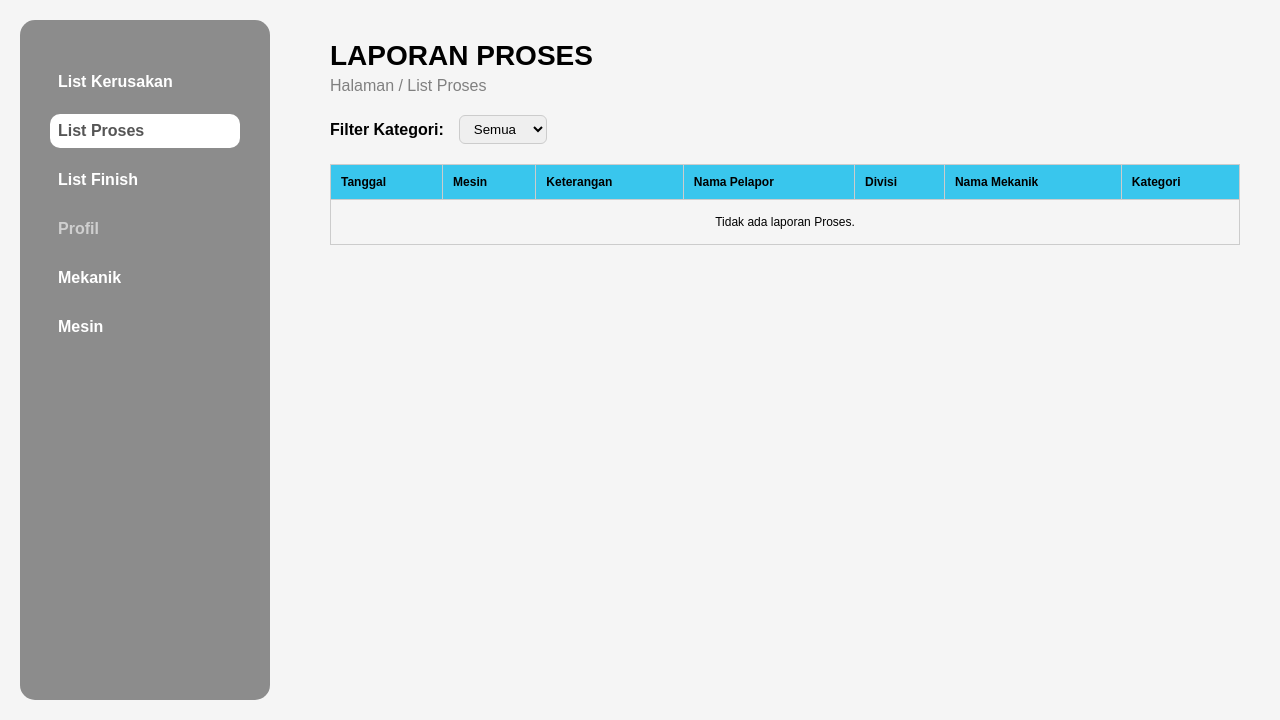
Repository: 1rHub/maintenance
Page: http://localhost/list_proses.php
An editor plug-in stored every save of this project. The page is shown before and after the next save, followed by the edit.
The browser window is 1280 px wide. The pictures show the whole page.
The page is run by PHP 8.4 with error messages shown; the project is at /var/www/html/. Queries for data that is not in the repository find no rows.

Above is the page before, as saved 2025-10-16 00:56:18.

### list_proses.php
<?php
session_start();
include "koneksi.php";
include "sidebar.php";

// Tombol “Selesai”
if ($_SERVER['REQUEST_METHOD'] === 'POST' && isset($_POST['selesai_laporan'])) {
    $id_laporan = $_POST['id_laporan'];
    $pesan_mekanik = $_POST['pesan_mekanik'];

    $sql = "UPDATE laporan SET status='finish', pesan_mekanik=? WHERE id=?";
    $stmt = $conn->prepare($sql);
    $stmt->bind_param("si", $pesan_mekanik, $id_laporan);
    if ($stmt->execute()) {
        header("Location: list_proses.php?selesai=1");
        exit;
    }
}

// Tombol “Batal Proses”
if ($_SERVER['REQUEST_METHOD'] === 'POST' && isset($_POST['batal_proses'])) {
    $id_laporan = $_POST['id_laporan'];
    $sql = "UPDATE laporan SET status='kerusakan', mekanik_id=NULL, pesan_mekanik=NULL WHERE id=?";
    $stmt = $conn->prepare($sql);
    $stmt->bind_param("i", $id_laporan);
    if ($stmt->execute()) {
        header("Location: list_proses.php?batal=1");
        exit;
    }
}

// Tombol “Ditunda”
if ($_SERVER['REQUEST_METHOD'] === 'POST' && isset($_POST['tunda_laporan'])) {
    $id_laporan = $_POST['id_laporan'];
    $pesan_mekanik = $_POST['pesan_mekanik'];

    // status menjadi 'ditunda', tapi nama mekanik tidak dihapus
    $sql = "UPDATE laporan SET status='ditunda', pesan_mekanik=? WHERE id=?";
    $stmt = $conn->prepare($sql);
    $stmt->bind_param("si", $pesan_mekanik, $id_laporan);
    if ($stmt->execute()) {
        header("Location: list_proses.php?tunda=1");
        exit;
    }
}
?>
<!DOCTYPE html>
<html lang="id">
<head>
    <meta charset="UTF-8">
    <title>List Proses</title>
    <link rel="stylesheet" href="assets/css/style.css">
</head>
<body>
    <div class="main-content">
        <h1>LAPORAN PROSES</h1>
        <p class="breadcrumb">Halaman / List Proses</p>

        <?php if (isset($_GET['selesai'])): ?>
            <p class="success" id="successMsg">✅ Laporan berhasil diselesaikan!</p>
        <?php endif; ?>
        <?php if (isset($_GET['batal'])): ?>
            <p class="warning" id="successMsg">⚠️ Laporan dikembalikan ke list kerusakan!</p>
        <?php endif; ?>
        <?php if (isset($_GET['tunda'])): ?>
            <p class="info" id="successMsg">🕓 Laporan ditunda dan dikembalikan ke list kerusakan.</p>
        <?php endif; ?>

        <div class="filter">
            <label for="filterKategori">Filter Kategori:</label>
            <select id="filterKategori" onchange="filterTable()">
                <option value="all">Semua</option>
                <option value="Biasa">Biasa</option>
                <option value="Sedang">Sedang</option>
                <option value="Urgent">Urgent</option>
            </select>
        </div>

        <table id="laporanTable">
            <thead>
    <tr>
        <th>Tanggal</th>
        <th>Mesin</th>
        <th>Keterangan</th>
        <th>Nama Pelapor</th>
        <th>Divisi</th>
        <th>Nama Mekanik</th>

        <th>Kategori</th>
    </tr>
</thead>
            <tbody>
                <?php
$result = mysqli_query($conn, "
    SELECT l.*, m.nama_mesin
    FROM laporan l
    LEFT JOIN mesin m ON l.mesin_id = m.id
    WHERE l.status = 'proses'
    ORDER BY l.tanggal DESC
");
if (mysqli_num_rows($result) > 0) {
    while ($row = mysqli_fetch_assoc($result)) {
        $kategoriClass = strtolower($row['kategori']);
        echo "<tr data-kategori='{$row['kategori']}'>
            <td>{$row['tanggal']}</td>
            <td><a href='#' onclick=\"openDetailPopup('{$row['id']}')\">{$row['nama_mesin']}</a></td>
            <td>{$row['pesan']}</td>
            <td>{$row['nama']}</td>
            <td>{$row['divisi']}</td>
            <td>{$row['nama_mekanik']}</td>
            <td>{$row['pesan_mekanik']}</td>
            <td class='kategori {$kategoriClass}'>{$row['kategori']}</td>

        </tr>";
    }
} else {
    echo "<tr><td colspan='7' style='text-align:center; padding:15px;'>Tidak ada laporan Proses.</td></tr>";
}

                ?>
            </tbody>
        </table>
    </div>

    <!-- Popup Detail -->
    <div class="popup" id="popupDetail">
        <div class="popup-content" style="width: 350px; text-align: center;">
            <span class="close-btn" onclick="closeDetailPopup()">&times;</span>
            <h2 style="margin-bottom: 15px;">Proses Laporan</h2>

            <form method="POST">
                <input type="hidden" name="id_laporan" id="detail_id">

                <textarea name="pesan_mekanik" id="pesan_mekanik" rows="3"
                    placeholder="Tuliskan pesan setelah perbaikan..."
                    style="width: 90%; margin: 10px 0; border-radius: 6px; padding: 8px; resize: none;"></textarea>

                <div style="display: flex; justify-content: center; gap: 10px;">
                    <button type="submit" name="batal_proses"
                        style="background-color: #e74c3c; color: white; padding: 8px 14px; border: none; border-radius: 6px; cursor: pointer;">
                        Batalkan
                    </button>
                    <button type="submit" name="tunda_laporan"
                        style="background-color: #f39c12; color: white; padding: 8px 14px; border: none; border-radius: 6px; cursor: pointer;">
                        Ditunda
                    </button>
                    <button type="submit" name="selesai_laporan"
                        style="background-color: #27ae60; color: white; padding: 8px 14px; border: none; border-radius: 6px; cursor: pointer;">
                        Selesai
                    </button>
                </div>
            </form>
        </div>
    </div>

    <script>
        function filterTable() {
            let filter = document.getElementById('filterKategori').value;
            document.querySelectorAll('#laporanTable tbody tr').forEach(row => {
                row.style.display = (filter === 'all' || row.dataset.kategori === filter) ? '' : 'none';
            });
        }

        function openDetailPopup(id) {
            document.getElementById('popupDetail').style.display = 'flex';
            document.getElementById('detail_id').value = id;
        }

        function closeDetailPopup() {
            document.getElementById('popupDetail').style.display = 'none';
        }

        // Otomatis hilangkan notifikasi
        setTimeout(() => {
            let msg = document.getElementById("successMsg");
            if (msg) msg.style.display = "none";
        }, 2500);
    </script>
</body>
</html>

### koneksi.php
<?php
$host = "localhost";
$user = "root";
$pass = "";
$db   = "db_laporan";

$conn = new mysqli($host, $user, $pass, $db);

if ($conn->connect_error) {
    die("Koneksi gagal: " . $conn->connect_error);
}
?>

### sidebar.php
<?php

$current_page = basename($_SERVER['PHP_SELF']);
?>

<head>
    <link rel="stylesheet" href="assets/css/style.css">
</head>
<div class="sidebar">
    <ul class="menu">
        <li>
            <a href="dashboard_laporan.php" class="<?= $current_page == 'dashboard_laporan.php' ? 'active' : '' ?>">
                List Kerusakan
            </a>
        </li>
        <li>
            <a href="list_proses.php" class="<?= $current_page == 'list_proses.php' ? 'active' : '' ?>">
                List Proses
            </a>
        </li>
        <li>
            <a href="list_finish.php" class="<?= $current_page == 'list_finish.php' ? 'active' : '' ?>">
                List Finish
            </a>
        </li>
        <li>
            <a href="#" class="disabled">Profil</a>
        </li>
        <li>
            <a href="mekanik.php" class="<?= $current_page == 'mekanik.php' ? 'active' : '' ?>">
                Mekanik
            </a>
        </li>
        <li>
            <a href="mesin.php" class="<?= $current_page == 'mesin.php' ? 'active' : '' ?>">
                Mesin
            </a>
        </li>
    </ul>
    <?php if ($current_page == 'dashboard_laporan.php'): ?>
        <button class="register-btn" onclick="openPopup()">Registrasi Laporan</button>
    <?php endif; ?>
</div>

### assets/css/style.css
* {
	margin: 0;
	padding: 0;
	box-sizing: border-box;
}

body {
	font-family: -apple-system, BlinkMacSystemFont, 'Segoe UI', Roboto, Oxygen, Ubuntu, Cantarell, sans-serif;
	background-color: #f5f5f5;
	display: flex;
	height: 100vh;
}

.sidebar {
	width: 250px;
	background-color: #8c8c8c;
	padding: 30px;
	display: flex;
	flex-direction: column;
	justify-content: space-between;
	border-radius: 15px;
	margin: 20px;
}

.menu {
	list-style: none;
}

.menu li {
	margin: 15px 0;
}

.menu a {
	text-decoration: none;
	font-weight: bold;
	font-size: 16px;
	color: white;
	display: block;
	padding: 8px 8px;
	border-radius: 10px;
}

.menu a.active {
	background-color: white;
	color: #555;
}

.menu a.disabled {
	color: #cfcfcf;
	pointer-events: none;
}

.register-btn {
	background-color: white;
	border: none;
	padding: 10px;
	border-radius: 10px;
	font-weight: bold;
	cursor: pointer;
}

.main-content {
	flex: 1;
	padding: 40px;
}

.main-content h1 {
	font-size: 28px;
	font-weight: bold;
}

.main-content2 {
	margin-bottom: 38px;
}

.breadcrumb {
	margin-top: 5px;
	color: gray;
}

.popup {
  display: none;
  position: fixed;
  top: 0; left: 0;
  width: 100%;
  height: 100%;
  background: rgba(0,0,0,0.5);
  justify-content: center;
  align-items: center;
  z-index: 1000;
}

.popup-content {
  background: #fff;
  padding: 20px;
  border-radius: 12px;
  width: 400px;
  position: relative;
}

.close-btn {
    position: absolute;
    top: 10px;
    right: 15px;
    font-size: 20px;
    font-weight: bold;
    color: #555;
    cursor: pointer;
    z-index: 10000; /* pastikan di atas semua isi popup */
}

.close-btn:hover {
    color: #000;
}

.popup-content h2 {
	margin-bottom: 15px;
}

.popup-content label {
	display: block;
	margin-top: 10px;
	font-weight: bold;
}

.popup-content input,
.popup-content select,
.popup-content textarea {
	width: 100%;
	padding: 8px;
	margin-top: 5px;
	border-radius: 5px;
	border: 1px solid #ccc;
}

.popup-content button {
	margin-top: 15px;
	padding: 10px;
	border: none;
	border-radius: 8px;
	background: #8c8c8c;
	color: white;
	font-weight: bold;
	cursor: pointer;
}

.hapus-float-btn {
	position: fixed;
	bottom: 25px;
	right: 25px;
	background-color: #e74c3c;
	color: white;
	padding: 12px 18px;
	border: none;
	border-radius: 8px;
	cursor: pointer;
	font-size: 15px;
	box-shadow: 0 4px 12px rgba(0, 0, 0, 0.2);
	transition: all 0.25s ease;
	z-index: 1000;
}

.hapus-float-btn:hover {
	background-color: #c0392b;
	transform: scale(1.05);
}

table {
	font-size: 12px;
	margin-top: 20px;
	width: 100%;
	border-collapse: collapse;
}

table thead {
	background: #39c6ed;
}

table,
th,
td {
	border: 1px solid #ccc;
}

th,
td {
	padding: 10px;
	text-align: left;
}

.filter {
	display: flex;
	align-items: center;
	gap: 15px;
	margin-top: 20px;
	margin-bottom: 15px;
}

.filter label {
	font-weight: bold;
}

.filter input[type="date"],
.filter select {
	padding: 5px 10px;
	border: 1px solid #ccc;
	border-radius: 6px;
	cursor: pointer;
}

.filter button {
	background-color: #39c6ed;
	color: white;
	border: none;
	border-radius: 6px;
	padding: 6px 12px;
	cursor: pointer;
	transition: 0.2s;
}

.filter button:hover {
	background-color: #666;
}

.success {
	color: green;
	font-weight: bold;
	margin-top: 10px;
}

.warning {

	color: #ff0000;
	font-weight: bold;
	margin-top: 10px;
}

.kategori {
	font-weight: bold;
	padding: 6px;
	border-radius: 6px;
	color: #fff;
	text-align: center;
}

.kategori.biasa {
	display: list-item;
	margin-top: 3px;
	color: #29b513;

}

.kategori.sedang {
	display: list-item;
	margin-top: 3px;
	color: #efae15;
}

.kategori.urgent {
	display: list-item;
	margin-top: 3px;
	color: #e74c3c;
}

#laporanTable a {
	color: inherit;
	text-decoration: none;
	cursor: pointer;
}

.popup {
	display: none;
	position: fixed;
	z-index: 999;
	left: 0;
	top: 0;
	width: 100%;
	height: 100%;
	background-color: rgba(0, 0, 0, 0.4);
	justify-content: center;
	align-items: center;
}

.popup-content {
	background: #fff;
	padding: 25px;
	border-radius: 10px;
	box-shadow: 0 8px 20px rgba(0, 0, 0, 0.2);
	animation: fadeIn 0.2s ease-in-out;
}

.close-btn {
	float: right;
	cursor: pointer;
	font-size: 22px;
	color: #888;
}

.close-btn:hover {
	color: #333;
}

@keyframes fadeIn {
	from {
		opacity: 0;
		transform: scale(0.9);
	}

	to {
		opacity: 1;
		transform: scale(1);
	}
}

a {
	color: inherit;
	text-decoration: none;
}

a:hover {
	text-decoration: underline;
}

.mekanik-list {
	display: flex;
	flex-direction: column;
	gap: 8px;
	margin-top: 10px;
}

.mekanik-item {
	display: flex;
	align-items: center;
	gap: 10px;
}

.mekanik-item label {
	font-weight: 400;
	color: #000000;
	cursor: pointer;
}

.mekanik-item input[type="checkbox"] {
	width: 18px;
	height: 18px;
	accent-color: #555;
	cursor: pointer;
}

.header-container {
	display: flex;
	justify-content: space-between;
	align-items: center;
}

.menu-opsi {
	position: relative;
	display: inline-block;
}

.menu-btn {
	background: none;
	border: none;
	font-size: 22px;
	cursor: pointer;
	padding: 5px;
	color: #333;
}

.dropdown-menu {
	display: none;
	position: absolute;
	right: 0;
	top: 30px;
	background-color: white;
	border: 1px solid #ddd;
	border-radius: 6px;
	box-shadow: 0 5px 15px rgba(0, 0, 0, 0.1);
	z-index: 100;
	width: 180px;
}

.dropdown-menu button {
	width: 100%;
	border: none;
	background: none;
	padding: 10px;
	text-align: left;
	cursor: pointer;
	font-size: 14px;
}

.dropdown-menu button:hover {
	background-color: #f0f0f0;
}

.status.ditunda {
	font-style: italic;
}

.temp-alert {
	position: fixed;
	top: 80px;
	right: 30px;
	background-color: 1;
	color: #2c3e50;
	padding: 12px 20px;
	border-radius: 6px;
	box-shadow: 0 4px 10px rgba(0, 0, 0, 0.15);
	font-size: 14px;
	z-index: 2000;
	opacity: 1;
	transition: opacity 0.5s ease;
}

/* Warna untuk jenis alert berbeda */
.temp-alert.warning {
	color: rgb(255, 196, 0);
}

.temp-alert.success {
	background-color: #27ae60;
	color: white;
}

.temp-alert.error {
	background-color: #e74c3c;
	color: white;
}

.temp-alert.info {
	background-color: #3498db;
	color: white;
}

.laporan-header {
	text-align: center;
	margin-bottom: 20px;
}

.laporan-header img {
	width: 250px;
	height: auto;
	margin-bottom: 10px;
}

.laporan-header h2 {
	margin: 0;
	font-size: 15px;
	color: #333;
}

.filter {
	margin-bottom: 15px;
}

/* Sembunyikan elemen ini saat mencetak */
@media print {

	.filter,
	.menu-opsi,
	.sidebar {
		display: none !important;
	}

	.main-content {
		margin-left: 0;
	}
}

#noData {
	display: none;
	text-align: center;
	color: #000000ff;
	font-size: 12px;
	margin-top: 30px;
}

body { font-family: Arial, sans-serif; }
        .mekanik-container { margin-left: 220px; padding: 20px; }
        .mekanik-list {
            display: grid;
            grid-template-columns: repeat(auto-fill, minmax(220px, 1fr));
            gap: 16px;
            margin-top: 20px;
        }
        .mekanik-card {
            background: white;
            border-radius: 10px;
            box-shadow: 0 5px 15px rgba(0,0,0,0.1);
            padding: 16px;
            text-align: center;
            transition: 0.3s;
            cursor: pointer;
        }
        .mekanik-card:hover {
            background: #39c6ed;
            color: white;
            transform: translateY(-3px);
        }
        .editable {
            border: none;
            background: transparent;
            text-align: center;
            width: 100%;
            font-size: 16px;
            font-weight: 500;
            outline: none;
            cursor: pointer;
        }
        .float-btn {
            position: fixed;
            bottom: 25px;
            right: 25px;
            background: #39c6ed;
            color: white;
            border: none;
            border-radius: 50%;
            width: 55px;
            height: 55px;
            font-size: 28px;
            cursor: pointer;
            box-shadow: 0 5px 15px rgba(0,0,0,0.3);
        }
        .popup {
            display: none;
            position: fixed;
            top: 0; left: 0;
            width: 100%; height: 100%;
            background-color: rgba(0,0,0,0.4);
            justify-content: center;
            align-items: center;
            z-index: 999;
        }
        .popup-content {
            background: white;
            padding: 20px;
            border-radius: 10px;
            width: 600px;
            max-height: 80vh;
            overflow-y: auto;
            animation: fadeIn 0.3s ease;
        }
        @keyframes fadeIn {
            from { opacity: 0; transform: translateY(-10px); }
            to { opacity: 1; transform: translateY(0); }
        }
        .popup-content table {
            width: 100%;
            border-collapse: collapse;
        }
        .popup-content th, .popup-content td {
            border: 1px solid #ccc;
            padding: 8px;
            text-align: center;
        }
        .btn-row {
            margin-top: 20px;
            display: flex;
            justify-content: flex-end;
            gap: 10px;
        }
        .hapus-btn {
            background: #e74c3c !important;
            border: none;
            color: white;
            padding: 8px 16px;
            border-radius: 6px;
            cursor: pointer;
            font-size: 15px;
        }
        .edit-btn {
            background: #39c6ed !important;
            border: none;
            color: white;
            padding: 8px 16px;
            border-radius: 6px;
            cursor: pointer;
            font-size: 15px;
        }
        .close-btn { float: right; cursor: pointer; font-size: 20px; }
        #editNamaInput {
            display: none;
            width: 80%;
            padding: 6px;
            margin-top: 8px;
            border-radius: 5px;
            border: 1px solid #ccc;
            text-align: center;
        }

After the next save:
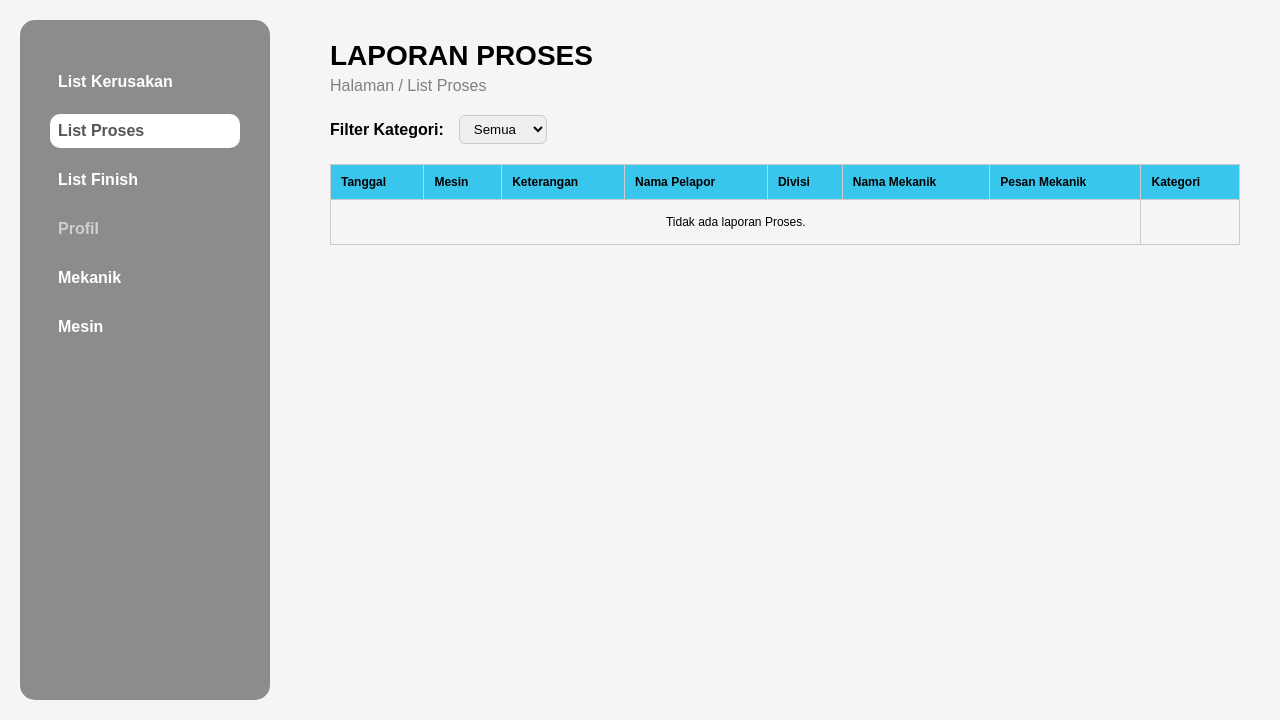
Saved 5 s later.
--- a/list_proses.php
+++ b/list_proses.php
@@ -85,7 +85,7 @@
         <th>Nama Pelapor</th>
         <th>Divisi</th>
         <th>Nama Mekanik</th>
-
+        <th>Pesan Mekanik</th>  <!-- ✅ tambah baris ini -->
         <th>Kategori</th>
     </tr>
 </thead>

After the 4 saves that followed:
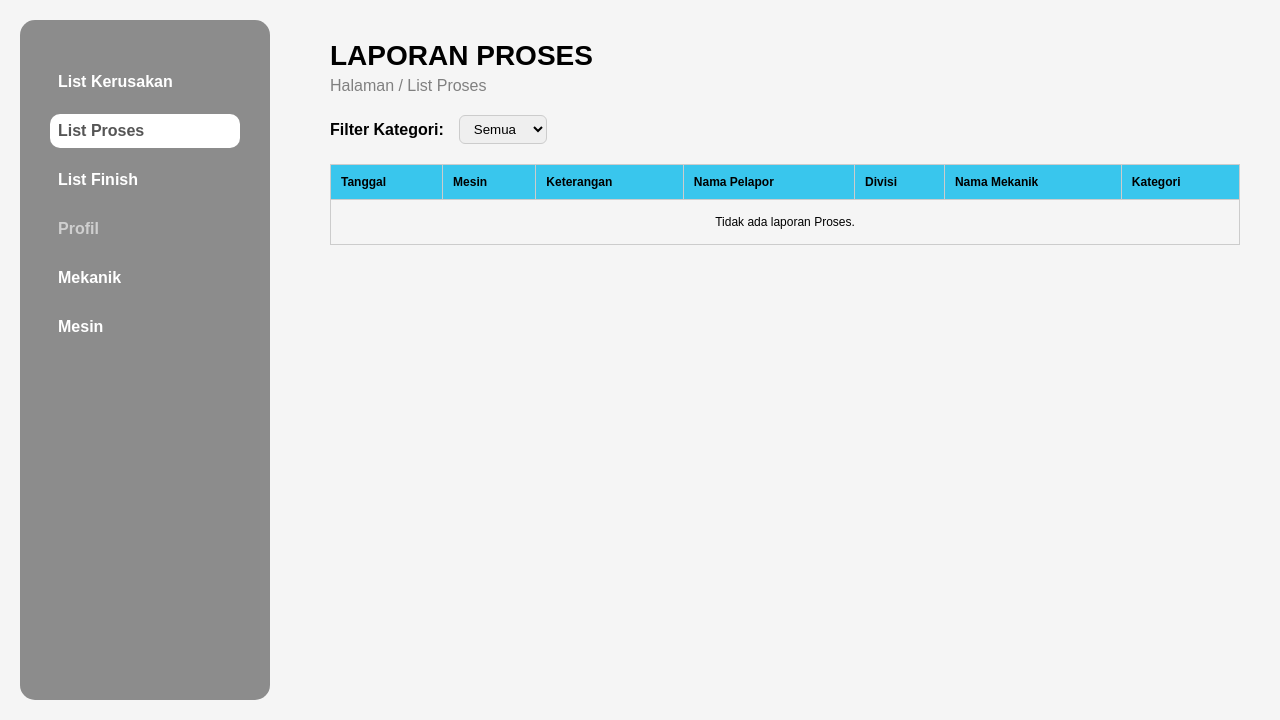
The 4 saves are shown as one change because 2 left the picture as it was and some came seconds apart.
The last was saved 3 min 42 s later.
--- a/list_proses.php
+++ b/list_proses.php
@@ -46,11 +46,13 @@
 ?>
 <!DOCTYPE html>
 <html lang="id">
+
 <head>
     <meta charset="UTF-8">
     <title>List Proses</title>
     <link rel="stylesheet" href="assets/css/style.css">
 </head>
+
 <body>
     <div class="main-content">
         <h1>LAPORAN PROSES</h1>
@@ -78,21 +80,22 @@
 
         <table id="laporanTable">
             <thead>
-    <tr>
-        <th>Tanggal</th>
-        <th>Mesin</th>
-        <th>Keterangan</th>
-        <th>Nama Pelapor</th>
-        <th>Divisi</th>
-        <th>Nama Mekanik</th>
-        <th>Pesan Mekanik</th>  <!-- ✅ tambah baris ini -->
-        <th>Kategori</th>
-    </tr>
+  <tr>
+    <th>Tanggal</th>
+    <th>Mesin</th>
+    <th>Keterangan</th>
+    <th>Nama Pelapor</th>
+    <th>Divisi</th>
+    <th>Nama Mekanik</th>
+    <th>Kategori</th>
+  </tr>
 </thead>
+
             <tbody>
                 <?php
-$result = mysqli_query($conn, "
-    SELECT l.*, m.nama_mesin
+                $result = mysqli_query($conn, "
+    SELECT l.id, l.tanggal, l.pesan, l.nama, l.divisi, l.kategori,
+           l.nama_mekanik, m.nama_mesin
     FROM laporan l
     LEFT JOIN mesin m ON l.mesin_id = m.id
     WHERE l.status = 'proses'
@@ -108,15 +111,12 @@
             <td>{$row['nama']}</td>
             <td>{$row['divisi']}</td>
             <td>{$row['nama_mekanik']}</td>
-            <td>{$row['pesan_mekanik']}</td>
-            <td class='kategori {$kategoriClass}'>{$row['kategori']}</td>
-
+            <td class='kategori {$kategoriClass}'>" . ucfirst($row['kategori']) . "</td>
         </tr>";
     }
 } else {
     echo "<tr><td colspan='7' style='text-align:center; padding:15px;'>Tidak ada laporan Proses.</td></tr>";
 }
-
                 ?>
             </tbody>
         </table>
@@ -177,4 +177,5 @@
         }, 2500);
     </script>
 </body>
+
 </html>
